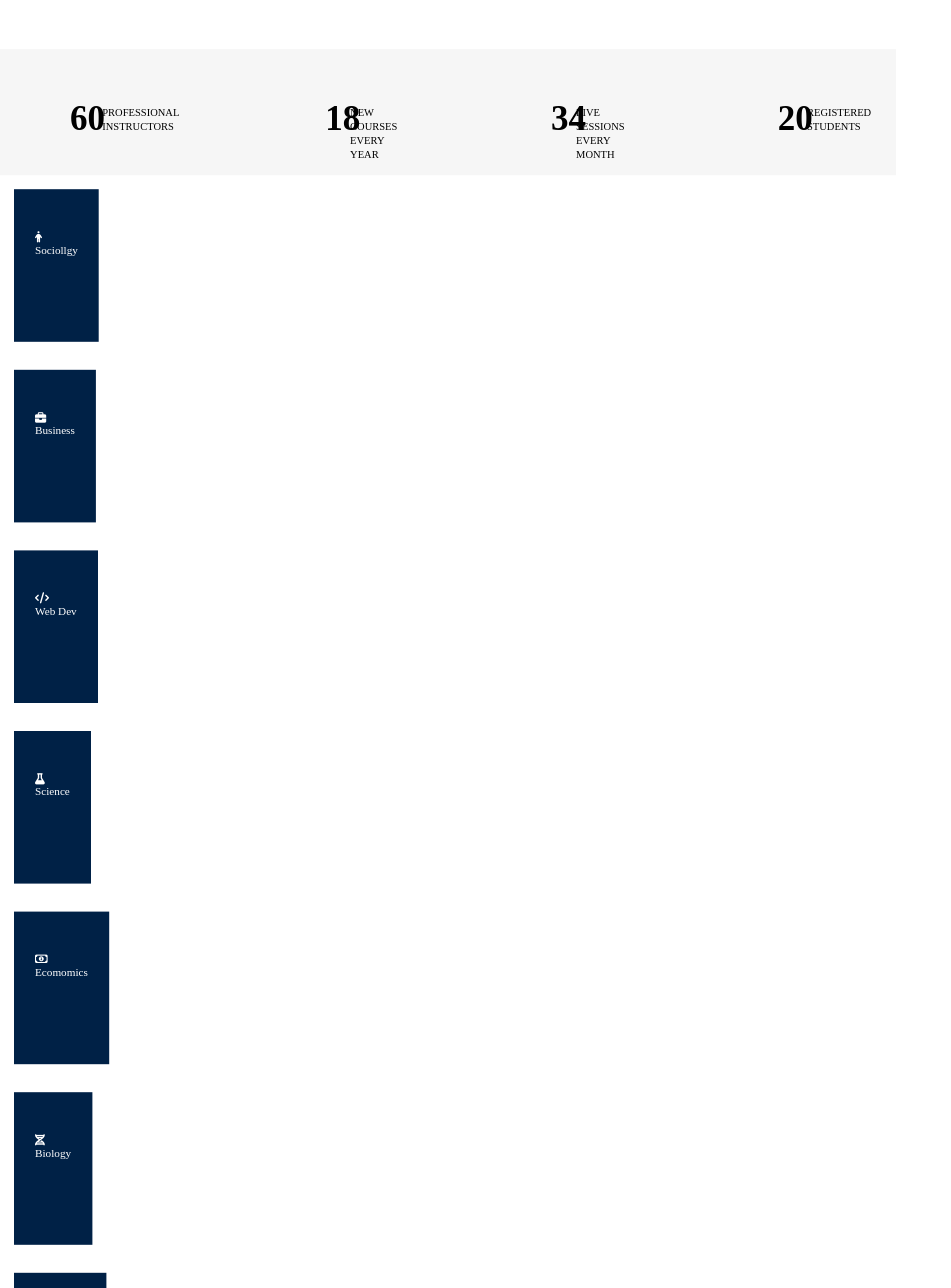
Repository: trminhphuc1504/Mastery
Page: index.html
An editor plug-in stored every save of this project. The page is shown before and after the next save, followed by the edit.
The browser window is 1280 px wide. The page is 1358 px wide, so the pictures cover 1358 px, including what lies to the right of the window. The pictures show the part of the page from y = 1486 to 3326 px (the page is 3800 px tall before and 3480 px after), at 70% of full size.
Some web libraries are served in a nearby version.

Above is the page before, as saved 2024-08-24 13:08:41.

After the next save:
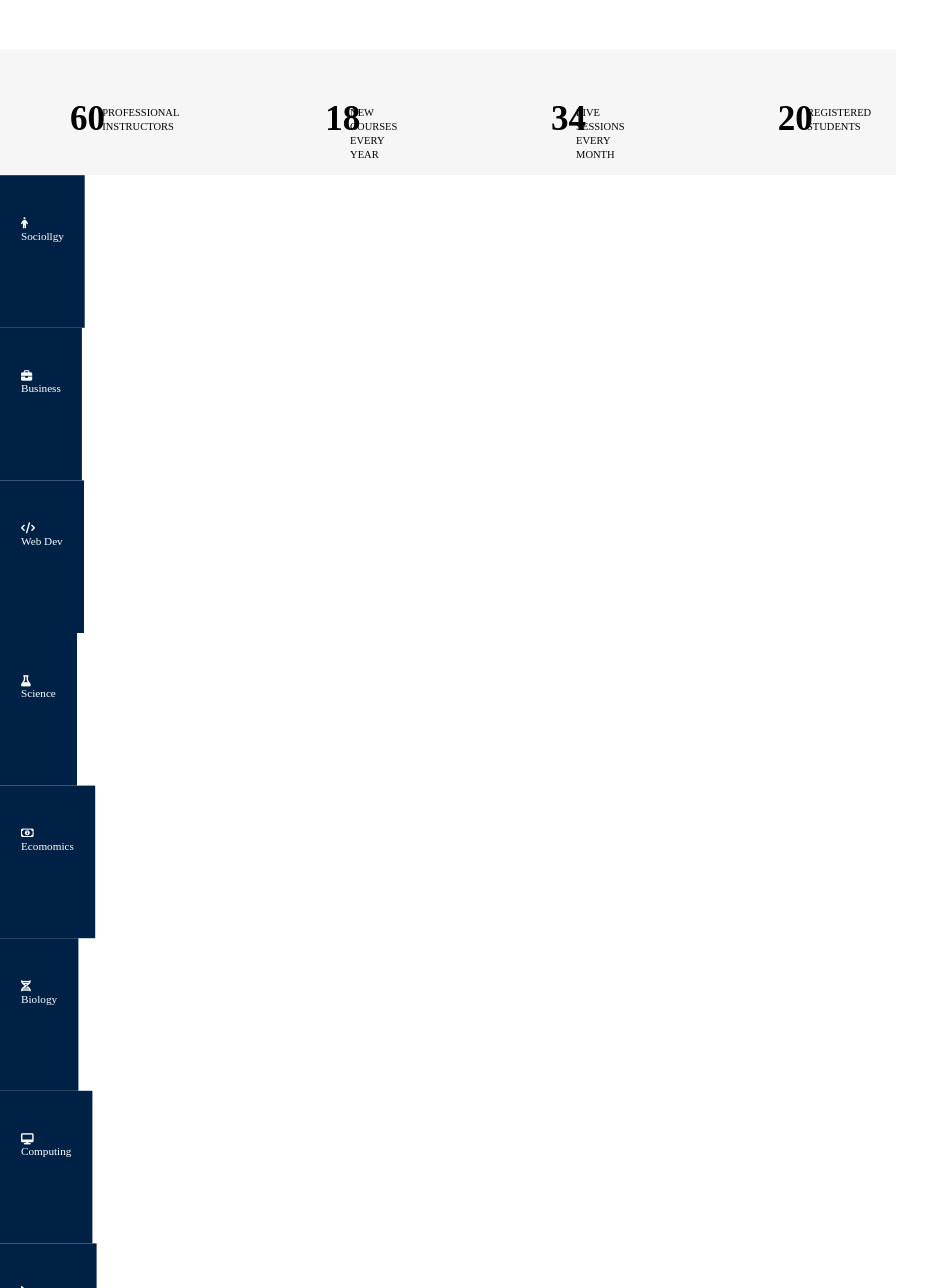
Saved 34 s later.
--- a/css/style.css
+++ b/css/style.css
@@ -182,7 +182,7 @@
 
 
 /* Banner */
-#banner .banner-items{
+#banner .banner-slide{
     padding:20px;
 }
 

After the save that followed:
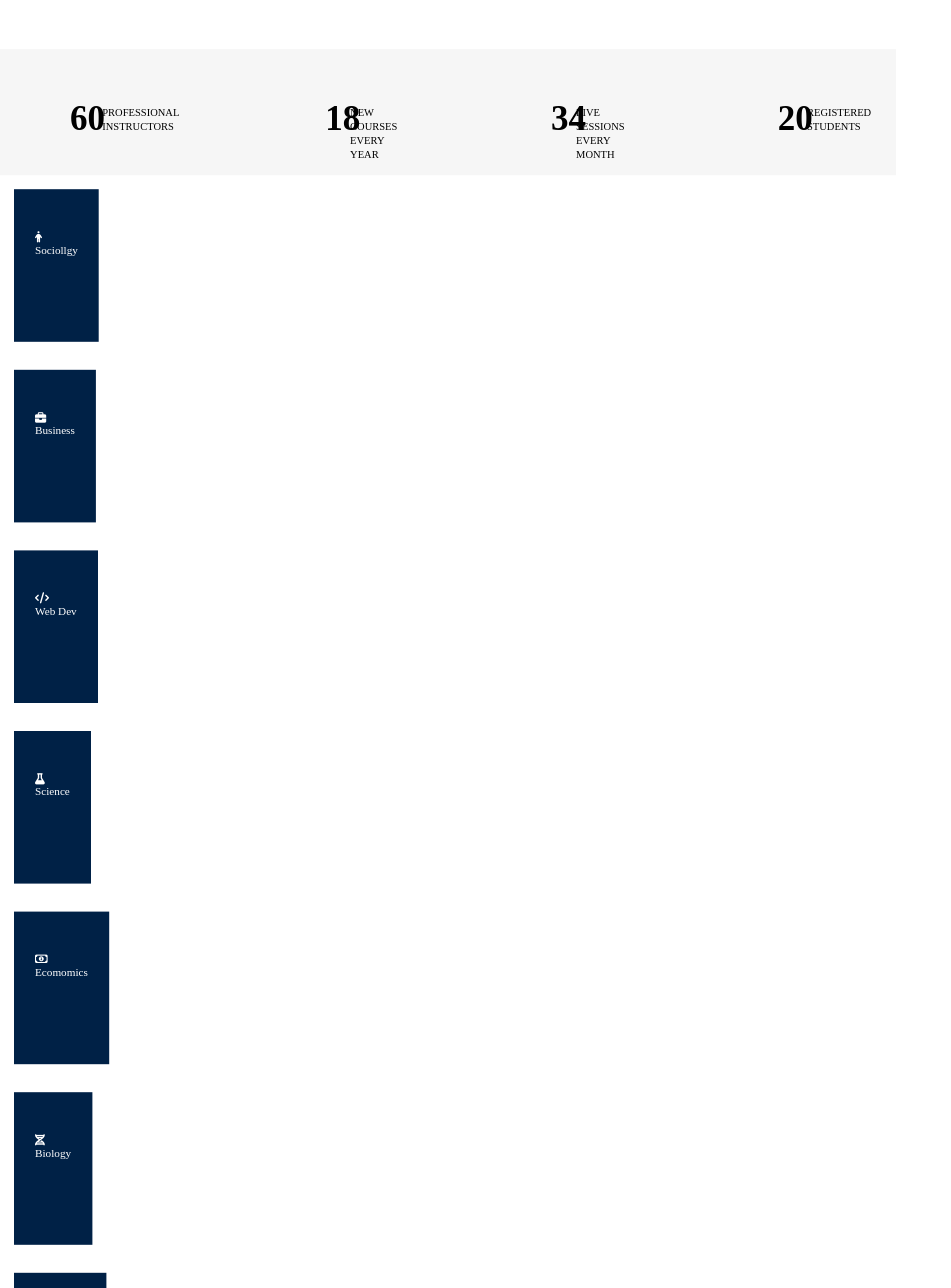
Saved 9 s later.
--- a/css/style.css
+++ b/css/style.css
@@ -182,7 +182,7 @@
 
 
 /* Banner */
-#banner .banner-slide{
+#banner .banner-items{
     padding:20px;
 }
 
